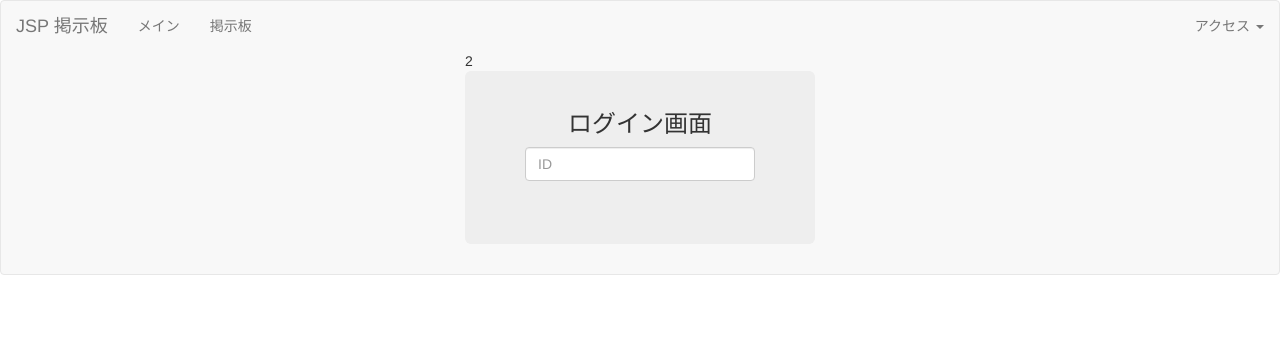
Repository: dengpu/JSP
Page: http://localhost/BBS/login.jsp
An editor plug-in stored every save of this project. The page is shown before and after the next save, followed by the edit.
The browser window is 1280 px wide. The pictures show the whole page.
Some web libraries are served in a nearby version. The page is served by Tomcat 9. Other server files are loaded and not shown.

Above is the page before, as saved 2017-05-15 02:15:51.

### BBS/WebContent/login.jsp
<%@ page language="java" contentType="text/html; charset=UTF-8"
	pageEncoding="UTF-8"%>
<!DOCTYPE html>
<html>
<head>
<meta http-equiv="Content-Type" content="text/html; charset=UTF-8">
<meta name="viewport" content="width=device-width, initial-scale=1">
<link rel="stylesheet" href="css/bootstrap.css">
<title>JSP 掲示板</title>
</head>
<body>
	<nav class="navbar navbar-default">
		<div class="navbar-header">
			<button type=button class="navbar-toggle collapsed"
				data-toggle="collapse" data-target="#bs-example-navbar-collapse-1"
				aria-expanded="false">
				<span class="icon-bar"></span> <span class="icon-bar"></span> <span
					class="icon-bar"></span>

			</button>
			<a class="navbar-brand" href="main.jsp">JSP 掲示板</a>
		</div>
		<div class="collapse navbar-collapse"
			id="bs-example-navbar-collapse-1">
			<ul class="nav navbar-nav ">
				<li><a href="main.jsp">メイン</a></li>
				<li><a href="bbs.jsp">掲示板</a></li>
			</ul>

			<ul class="nav navbar-nav navbar-right">
				<li class="dropdown"><a href="#" class="dropdown-toggle"
					data-toggle="dropdown" role="button" aria-haspopup="true"
					aria-expanded="false">アクセス <span class="caret"></span>

				</a>
					<ul class="dropdown-menu">
						<li><a href="login.jsp">ログイン</a></li>
						<li><a href="login.jsp">会員登録</a></li>

					</ul></li>
			</ul>
		</div>
		<div class="container">
			<div class="col-lg-4"></div>
			<div class="col-lg-4">
			2
			<div class="jumbotron" style="padding-top:20px;">
			<form method="post" action="loginAction.jsp">
			<h3 style="text-align:center">ログイン画面</h3>
			<div class="form-group">
				<input type="text" class="form-control" placeholder="ID">
			</div>
			</form>

			</div>
			</div>


		</div>


	</nav>

	<script src="https://code.jquery.com/jquery-3.1.1.min.js"></script>
	<script src="js/bootstrap.js"></script>

</body>
</html>

Loaded but not shown: BBS/WebContent/css/bootstrap.css (library); BBS/WebContent/js/bootstrap.js (library)

After the next save:
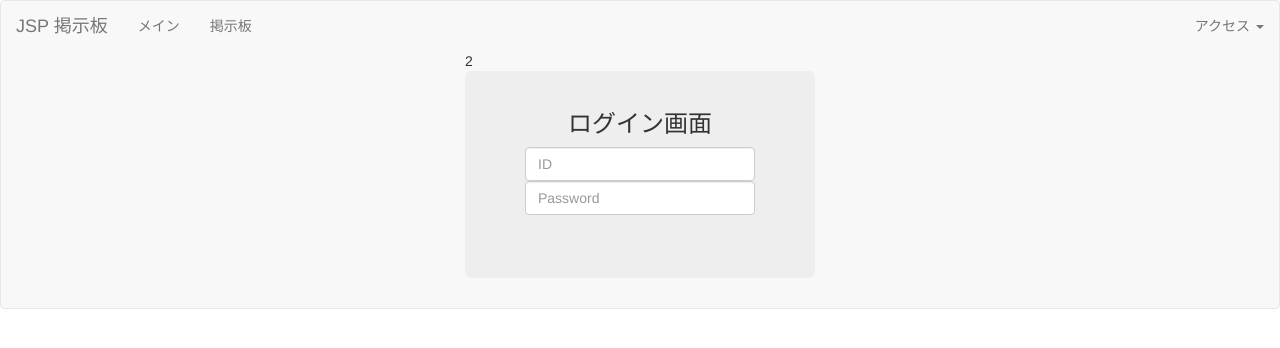
Saved 66 s later.
--- a/BBS/WebContent/login.jsp
+++ b/BBS/WebContent/login.jsp
@@ -48,7 +48,8 @@
 			<form method="post" action="loginAction.jsp">
 			<h3 style="text-align:center">ログイン画面</h3>
 			<div class="form-group">
-				<input type="text" class="form-control" placeholder="ID">
+				<input type="text" class="form-control" placeholder="ID" name="userID">
+				<input type="password" class="form-control" placeholder="Password" name="userPassword">
 			</div>
 			</form>
 
